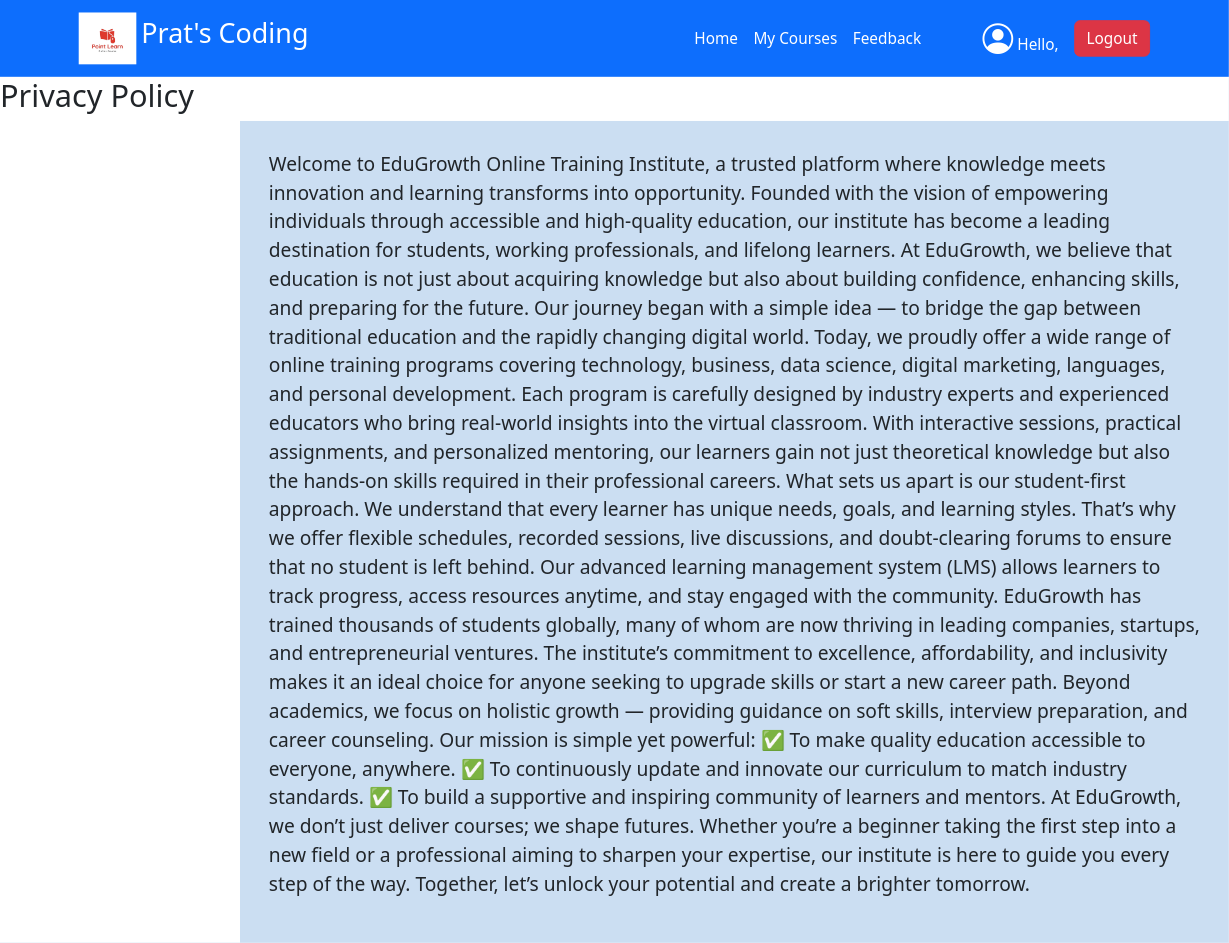
Repository: Pratikshae/OnlineLearningEPlatform
Page: http://localhost/privacy-policy
An editor plug-in stored every save of this project. The page is shown before and after the next save, followed by the edit.
The browser window is 1280 px wide. The pictures show the whole page, at 96% of full size.
The page is this project's Thymeleaf template; nobody is signed in. The template is opened directly, without the code that normally fills it, so the values that code supplies are empty.

Above is the page before, as saved 2025-09-22 09:40:51.

### EducationCRMProject/src/main/resources/templates/privacy-policy.html
<!DOCTYPE html>
<html lang="en" xmlns:th="http://www.thymeleaf.org">
<head>
<meta charset="utf-8" />
<meta name="viewport" content="width=device-width, initial-scale=1" />
<title>Privacy Policy</title>
<link
	href="https://cdn.jsdelivr.net/npm/bootstrap@5.3.7/dist/css/bootstrap.min.css"
	rel="stylesheet"
	integrity="sha384-LN+7fdVzj6u52u30Kp6M/trliBMCMKTyK833zpbD+pXdCLuTusPj697FH4R/5mcr"
	crossorigin="anonymous" />

<link rel="stylesheet"
	href="https://cdn.jsdelivr.net/npm/bootstrap-icons@1.13.1/font/bootstrap-icons.min.css">
<link rel="stylesheet" th:href="@{/css/style.css}">

</head>
<body>
	<div th:replace="~{fragments/user-header :: u-header}"></div>
	<h2 class="justify-content-center align-items-center">Privacy
		Policy</h2>

	<div class="main-content">
	   <p class="justify-content-center align-items-center" style="font-size: 20px;"> Welcome to EduGrowth Online Training
		Institute, a trusted platform where knowledge meets innovation and
		learning transforms into opportunity. Founded with the vision of
		empowering individuals through accessible and high-quality education,
		our institute has become a leading destination for students, working
		professionals, and lifelong learners. At EduGrowth, we believe that
		education is not just about acquiring knowledge but also about
		building confidence, enhancing skills, and preparing for the future.

		Our journey began with a simple idea — to bridge the gap between
		traditional education and the rapidly changing digital world. Today,
		we proudly offer a wide range of online training programs covering
		technology, business, data science, digital marketing, languages, and
		personal development. Each program is carefully designed by industry
		experts and experienced educators who bring real-world insights into
		the virtual classroom. With interactive sessions, practical
		assignments, and personalized mentoring, our learners gain not just
		theoretical knowledge but also the hands-on skills required in their
		professional careers. What sets us apart is our student-first
		approach. We understand that every learner has unique needs, goals,
		and learning styles. That’s why we offer flexible schedules, recorded
		sessions, live discussions, and doubt-clearing forums to ensure that
		no student is left behind. Our advanced learning management system
		(LMS) allows learners to track progress, access resources anytime, and
		stay engaged with the community. EduGrowth has trained thousands of
		students globally, many of whom are now thriving in leading companies,
		startups, and entrepreneurial ventures. The institute’s commitment to
		excellence, affordability, and inclusivity makes it an ideal choice
		for anyone seeking to upgrade skills or start a new career path.
		Beyond academics, we focus on holistic growth — providing guidance on
		soft skills, interview preparation, and career counseling. Our mission
		is simple yet powerful: ✅ To make quality education accessible to
		everyone, anywhere. ✅ To continuously update and innovate our
		curriculum to match industry standards. ✅ To build a supportive and
		inspiring community of learners and mentors. At EduGrowth, we don’t
		just deliver courses; we shape futures. Whether you’re a beginner
		taking the first step into a new field or a professional aiming to
		sharpen your expertise, our institute is here to guide you every step
		of the way. Together, let’s unlock your potential and create a
		brighter tomorrow.
		</p>

		</div>
</body>
</html>

### EducationCRMProject/src/main/resources/templates/fragments/user-header.html
<!-- fragments/header.html -->
<!DOCTYPE html>
<html xmlns:th="http://www.thymeleaf.org">
<body>
	<header th:fragment="u-header">
		<nav class="navbar navbar-expand-lg bg-primary">
			<div class="container">
				<a class="navbar-brand" href="/index"> <img
					src="images/logo.png" alt="Smart Programming Logo" width="60" /> <span
					class="h3 text-white">Prat's Coding</span>
				</a>
				<button class="navbar-toggler" type="button"
					data-bs-toggle="collapse" data-bs-target="#navbarSupportedContent"
					aria-controls="navbarSupportedContent" aria-expanded="false"
					aria-label="Toggle navigation">
					<span class="navbar-toggler-icon"></span>
				</button>
				<div class="collapse navbar-collapse" id="navbarSupportedContent">
					<ul class="navbar-nav ms-auto mb-2 mb-lg-0">
						<li class="nav-item"><a class="nav-link text-white"
							aria-current="page" href="/index">Home</a></li>
					</ul>
					<ul class="navbar-nav mb-2 mb-lg-0">
						<li class="nav-item"><a class="nav-link text-white"
							aria-current="page" href="/myCourses">My Courses</a></li>
					</ul>

					<ul class="navbar-nav mb-2 mb-lg-0">
						<li class="nav-item"><a class="nav-link text-white"
							aria-current="page" href="/provideFeedback">Feedback</a></li>
					</ul>

					<ul class="navbar-nav mb-2 mb-lg-0 ms-5">
						<li class="nav-item"><a class="nav-link text-white"
							aria-current="page" href="/userProfile"> <i
								class="bi bi-person-circle" style="font-size: 2rem;"></i> Hello,
								<span th:text="${sessionUser.name}"></span>
						</a></li>
					</ul>
					<a href="/login" class="btn btn-danger ms-2"> Logout </a>
				</div>
			</div>
		</nav>
	</header>
</body>
</html>

### EducationCRMProject/src/main/resources/static/css/style.css
.sidebar {
    width: 250px;
    background-color: black;
    position: fixed;
    top: 0;
    left: 0;
    height: 100%;
    z-index: 1000;   /* ensure it stays above content */
}

.sidebar .nav-link {
    color: white;
}
.sidebar .nav-link:hover {
	background-color: #1075e0;
}

.main-content {
    margin-left: 250px;
    width: calc(100% - 250px);
    padding: 30px;
    background:#cbdef2;
    min-height: 100vh;
    position: relative;
    z-index: 1;   /* ensure content sits beside, not behind */
}

After the next save:
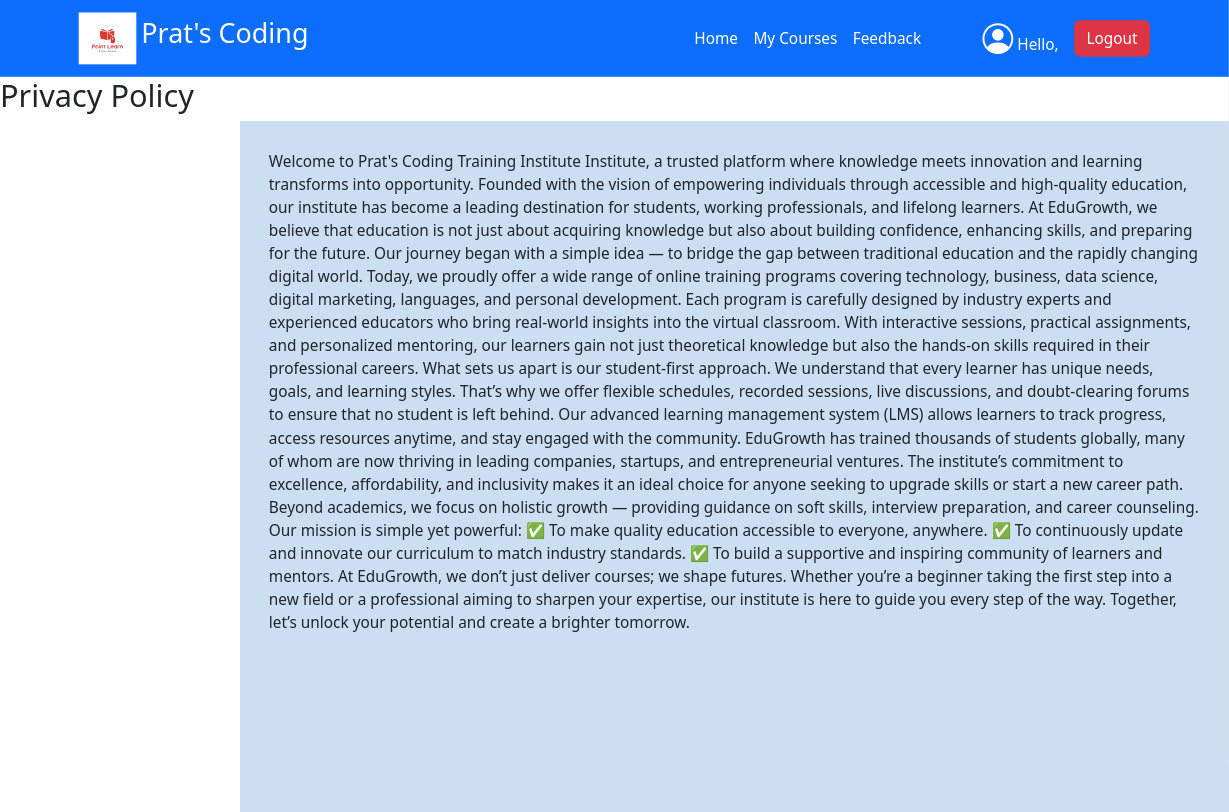
Saved 31 s later.
--- a/EducationCRMProject/src/main/resources/templates/privacy-policy.html
+++ b/EducationCRMProject/src/main/resources/templates/privacy-policy.html
@@ -21,7 +21,8 @@
 		Policy</h2>
 
 	<div class="main-content">
-	   <p class="justify-content-center align-items-center" style="font-size: 20px;"> Welcome to EduGrowth Online Training
+	   <p class="justify-content-center align-items-center" style="">
+	    Welcome to Prat's Coding Training Institute
 		Institute, a trusted platform where knowledge meets innovation and
 		learning transforms into opportunity. Founded with the vision of
 		empowering individuals through accessible and high-quality education,
